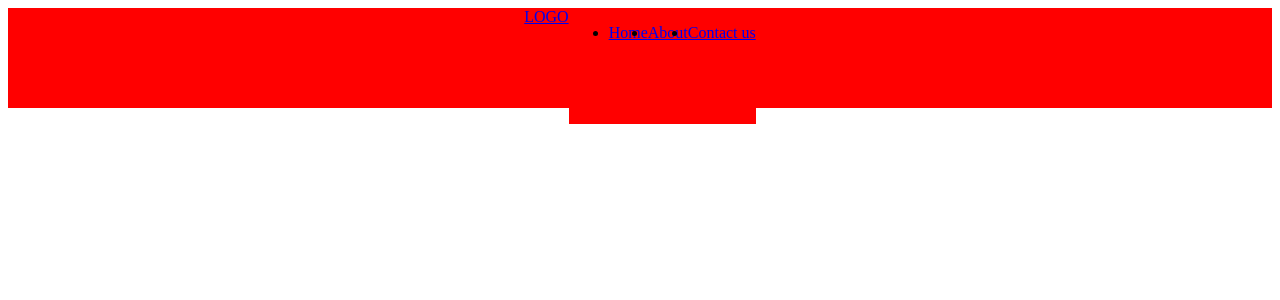
Repository: latenightsnacc/HTML-LESSONS
Page: WEB-DESIGN-2/lessons/flexlayout.html
These files come from the project's save history. The page is drawn as it stood at one moment and after the next save; the edit follows.
The browser window is 1280 px wide. The pictures show the whole page.

Above is the page before, as saved 2021-09-24 15:30:45.

### WEB-DESIGN-2/lessons/flexlayout.html
<!DOCTYPE html>
<html lang="en">
<head>
    <meta charset="UTF-8">
    <meta http-equiv="X-UA-Compatible" content="IE=edge">
    <meta name="viewport" content="width=device-width, initial-scale=1.0">
    <title>Document</title>
    <style>
        .flex {
            background-color: red;
            display: flex;
            height: 100px;
            justify-content: center;

        }
    </style>
</head>
<body>
    <nav class="flex">
        <a href="#">
            LOGO
        </a>
        <ul class="flex">
            <li>
                <a href="#">Home</a>
            </li>
            <li>
                <a href="#">About</a>
            </li>
            <li>
                <a href="#">Contact us</a>
            </li>
        </ul>
    </nav>
</body>
</html>

After the next save:
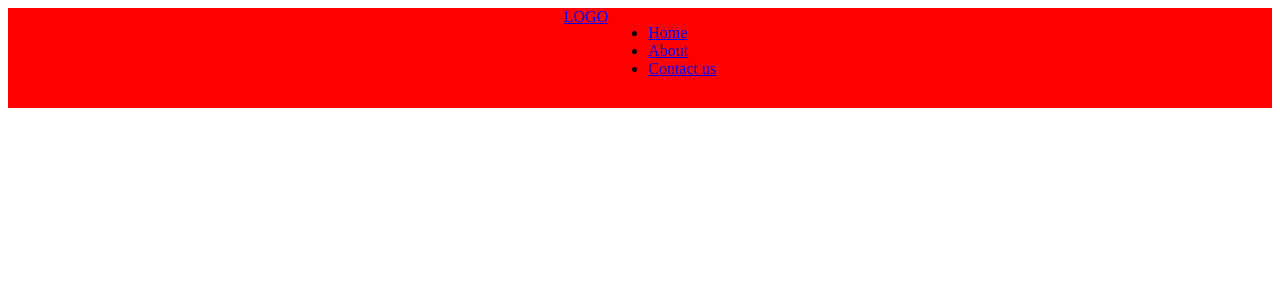
Saved 42 s later.
--- a/WEB-DESIGN-2/lessons/flexlayout.html
+++ b/WEB-DESIGN-2/lessons/flexlayout.html
@@ -6,7 +6,7 @@
     <meta name="viewport" content="width=device-width, initial-scale=1.0">
     <title>Document</title>
     <style>
-        .flex {
+        .nav {
             background-color: red;
             display: flex;
             height: 100px;
@@ -16,11 +16,11 @@
     </style>
 </head>
 <body>
-    <nav class="flex">
+    <nav class="nav">
         <a href="#">
             LOGO
         </a>
-        <ul class="flex">
+        <ul class="menu">
             <li>
                 <a href="#">Home</a>
             </li>
